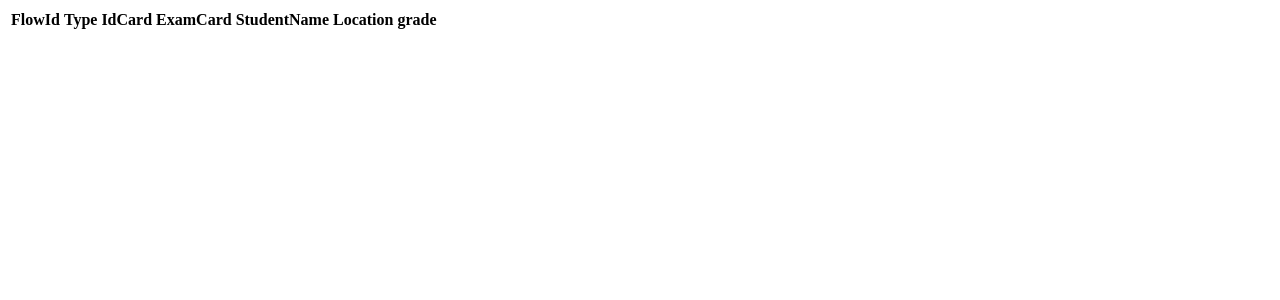
Repository: smilebingbing/java
Page: http://localhost/day12_29/listAllStudents
The author's editor kept a copy of each file at every save. The page is drawn from the files as they stood at one save, then again after the next save.
The browser window is 1280 px wide. The pictures show the whole page.
The page is served by Tomcat 9. Queries for data that is not in the repository find no rows.

Above is the page before, as saved 2016-12-30 13:26:29.

After the next save:
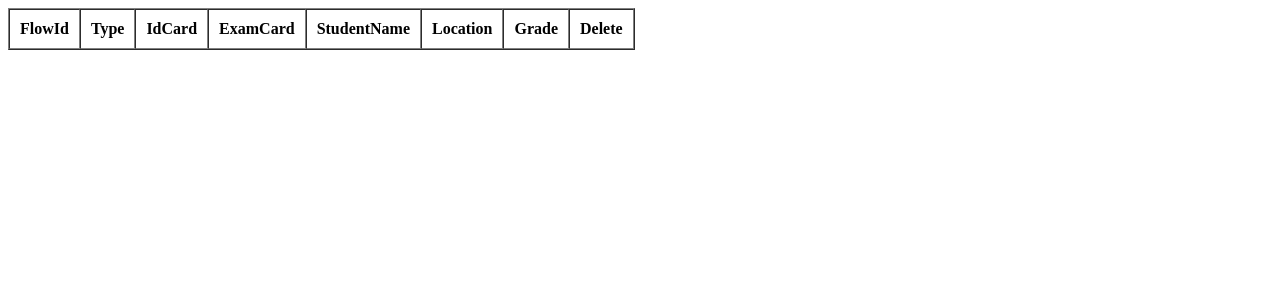
Saved 12 h 29 min later.
--- a/day12_29/WebContent/students.jsp
+++ b/day12_29/WebContent/students.jsp
@@ -16,7 +16,7 @@
 
 	%>
 
-	<table>
+	<table border="1" cellpadding="10" cellspacing="0">
 		<tr>
 			<th>FlowId</th>
 			<th>Type</th>
@@ -24,7 +24,9 @@
 			<th>ExamCard</th>
 			<th>StudentName</th>
 			<th>Location</th>
-			<th>grade</th>
+			<th>Grade</th>
+			<th>Delete</th>
+
 		</tr>
 
 		<%
